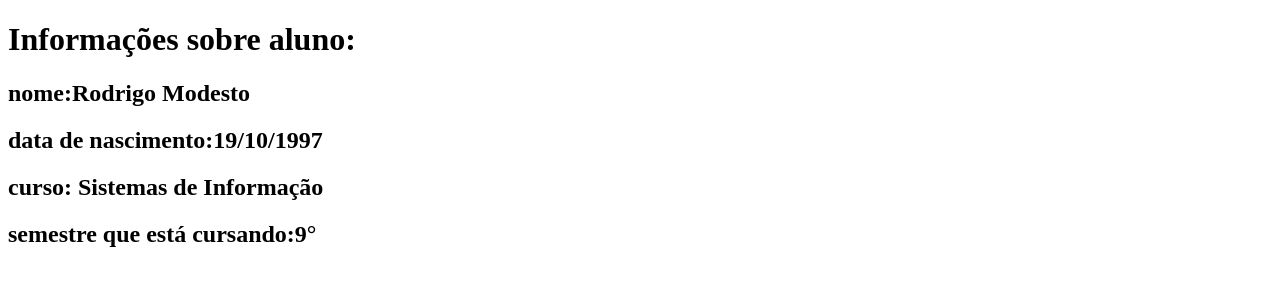
Repository: RodrigoModesto33/Estudos-JavaWeb
Page: CatalogoDeFilmes/WebContent/info-aluno.html
An editor plug-in stored every save of this project. The page is shown before and after the next save, followed by the edit.
The browser window is 1280 px wide. The pictures show the whole page.

Above is the page before, as saved 2021-02-21 19:02:36.

### CatalogoDeFilmes/WebContent/info-aluno.html
<!DOCTYPE html>
<html>
<head>
<meta charset="UTF-8">
<title>Insert title here</title>
</head>
<body>
<h1>Informações sobre aluno:</h1>
<h2>nome:Rodrigo Modesto</h2>
<h2>data de nascimento:19/10/1997</h2>
<h2> curso: Sistemas de Informação</h2>
<h2>semestre que está cursando:9°</h2>
</body>
</html>

After the next save:
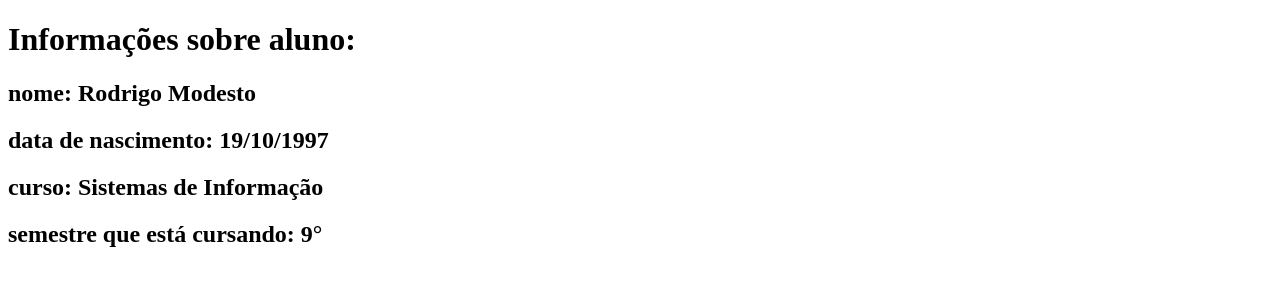
Saved 13 s later.
--- a/CatalogoDeFilmes/WebContent/info-aluno.html
+++ b/CatalogoDeFilmes/WebContent/info-aluno.html
@@ -6,9 +6,9 @@
 </head>
 <body>
 <h1>Informações sobre aluno:</h1>
-<h2>nome:Rodrigo Modesto</h2>
-<h2>data de nascimento:19/10/1997</h2>
+<h2>nome: Rodrigo Modesto</h2>
+<h2>data de nascimento: 19/10/1997</h2>
 <h2> curso: Sistemas de Informação</h2>
-<h2>semestre que está cursando:9°</h2>
+<h2>semestre que está cursando: 9°</h2>
 </body>
 </html>
